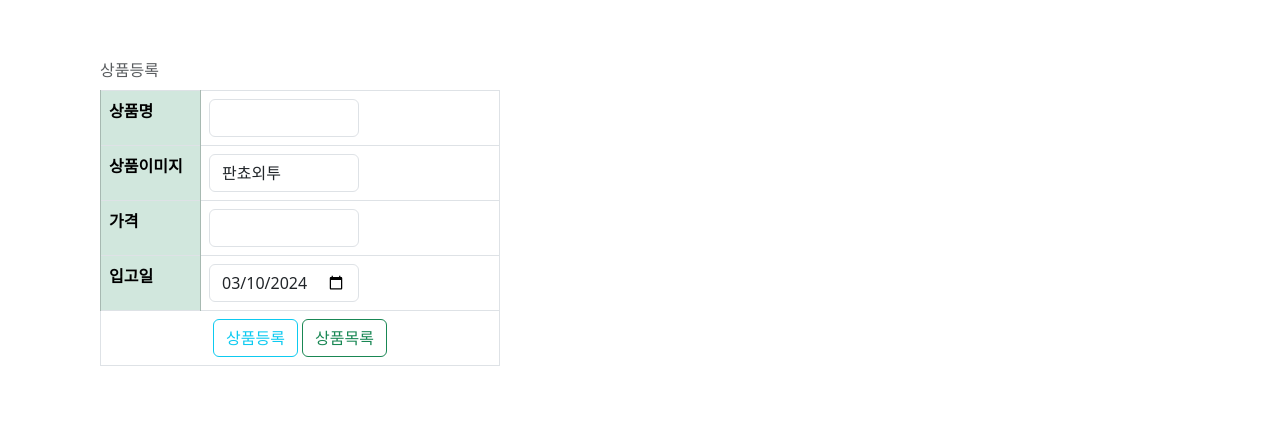
Repository: JunbroGit/SistProject
Page: http://localhost/jsaAjaxProject/quizshop/addForm.jsp
These files come from the project's save history. The page is drawn as it stood at one moment and after the next save; the edit follows.
The browser window is 1280 px wide. The pictures show the whole page.
Some web fonts or font styles are not loaded; a fallback is used. The page is served by Tomcat 9. Other server files are loaded and not shown.

Above is the page before, as saved 2024-03-12 06:27:17.

### jspwork/jsaAjaxProject/src/main/webapp/quizshop/addForm.jsp
<%@ page language="java" contentType="text/html; charset=UTF-8"
    pageEncoding="UTF-8"%>
<!DOCTYPE html>
<html>
<head>
<meta charset="UTF-8">
<link href="https://cdn.jsdelivr.net/npm/bootstrap@5.3.2/dist/css/bootstrap.min.css" rel="stylesheet">
<link href="https://fonts.googleapis.com/css2?family=Dongle&family=Gaegu&family=Nanum+Myeongjo&family=Nanum+Pen+Script&family=Noto+Sans+KR:wght@100..900&display=swap" rel="stylesheet">
<script src="https://code.jquery.com/jquery-3.7.0.js"></script>
<title>Insert title here</title>
</head>
<body>
<div style="margin: 50px 100px; width: 400px;">
	<form action="addAction.jsp">
		<table class="table table-bordered">
			<caption align="top">상품등록</caption>
				<tr>
					<th class="table-success" width="100">상품명</th>
					<td>
						<input type="text" name="sang_name" required="required" class="form-control" style="width: 150px;">
					</td>
				</tr>
				<tr>
					<th class="table-success" width="100">상품이미지</th>
					<td>
						<select name="photo" class="form-control" style="width: 150px;">
							<option value="1">판쵸외투</option>
							<option value="2">가디건</option>
							<option value="25">원피스</option>
							<option value="34">반바지</option>
							<option value="16">스웨이드단화</option>
							<option value="24">이지팬츠</option>
						</select>
					</td>
				</tr>
				<tr>
					<th class="table-success" width="100">가격</th>
					<td>
						<input type="text" name="price" required="required" class="form-control" style="width: 150px;">
					</td>
				</tr>
				<tr>
					<th class="table-success" width="100">입고일</th>
					<td>
						<input type="date" name="ipgoday" required="required" class="form-control" style="width: 150px;" value="2024-03-10">
					</td>
				</tr>

				<tr>
					<td colspan="2" align="center">
						<button type="submit" class="btn btn-outline-info">상품등록</button>
						<button type="button" class="btn btn-outline-success" oncick="location.href=''">상품목록</button>
					</td>
				</tr>
		</table>
	</form>
</div>
</body>
</html>

After the next save:
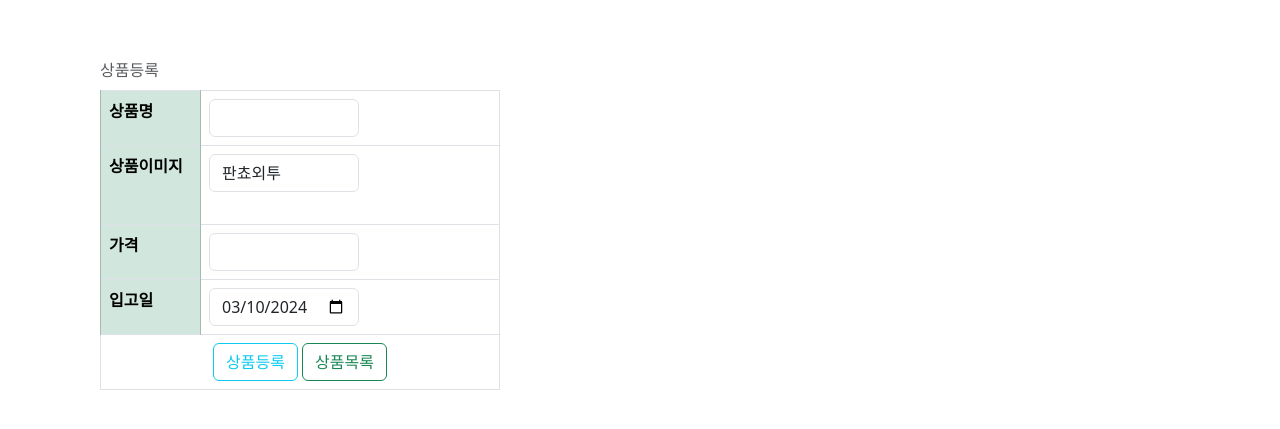
Saved 88 s later.
--- a/jspwork/jsaAjaxProject/src/main/webapp/quizshop/addForm.jsp
+++ b/jspwork/jsaAjaxProject/src/main/webapp/quizshop/addForm.jsp
@@ -23,7 +23,7 @@
 				<tr>
 					<th class="table-success" width="100">상품이미지</th>
 					<td>
-						<select name="photo" class="form-control" style="width: 150px;">
+						<select name="photo" id="photo" class="form-control" style="width: 150px;">
 							<option value="1">판쵸외투</option>
 							<option value="2">가디건</option>
 							<option value="25">원피스</option>
@@ -31,6 +31,8 @@
 							<option value="16">스웨이드단화</option>
 							<option value="24">이지팬츠</option>
 						</select>
+
+						<img src="" width="30" id="myphoto">
 					</td>
 				</tr>
 				<tr>
@@ -49,7 +51,7 @@
 				<tr>
 					<td colspan="2" align="center">
 						<button type="submit" class="btn btn-outline-info">상품등록</button>
-						<button type="button" class="btn btn-outline-success" oncick="location.href=''">상품목록</button>
+						<button type="button" class="btn btn-outline-success" oncick="location.href='shopList.jsp'">상품목록</button>
 					</td>
 				</tr>
 		</table>
